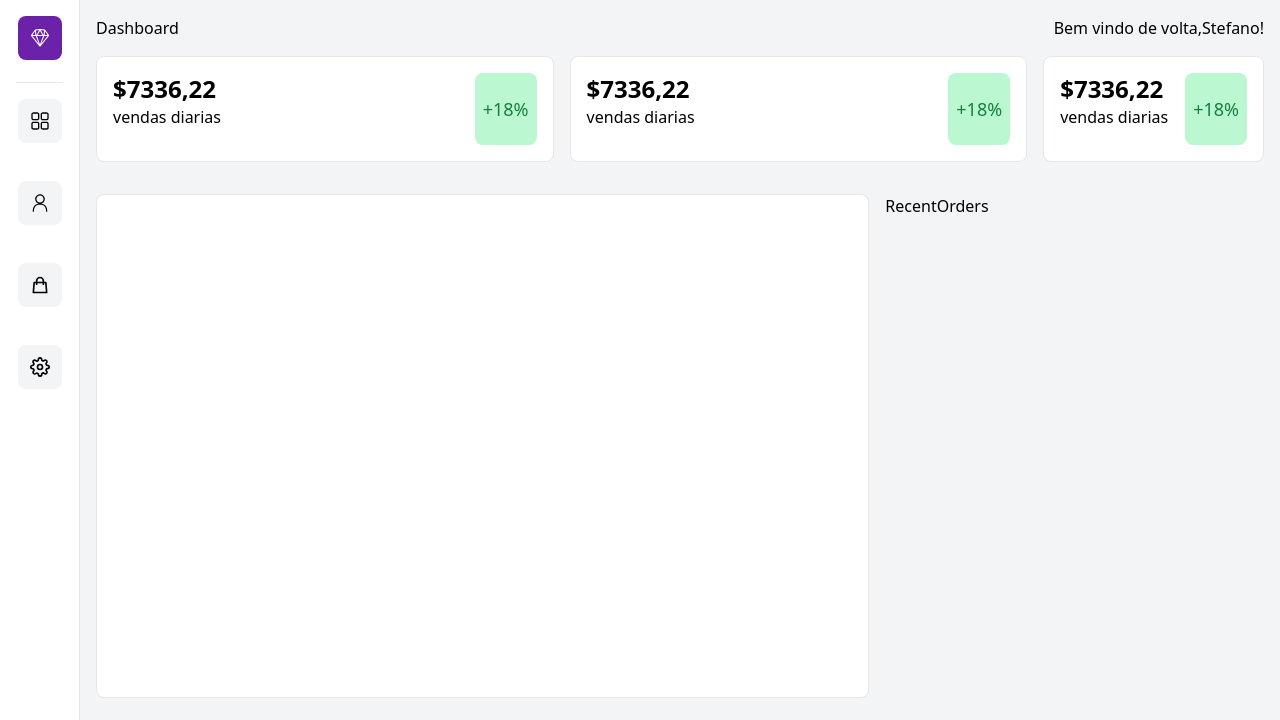
Repository: stefanosousaa/dashboard-next13
Page: /
The author's editor kept a copy of each file at every save. The page is drawn from the files as they stood at one save, then again after the next save.
The browser window is 1280 px wide. The pictures show the whole page.
The project was rebuilt for these pictures with package versions that can differ from the ones it lists, and the page was loaded fresh each time. The framework's server and built-in components were replaced by stand-ins that run in the browser. Also part of the build but not shown: next.config.js.

Above is the page before, as saved 2023-05-13 16:26:37.

After the next save:
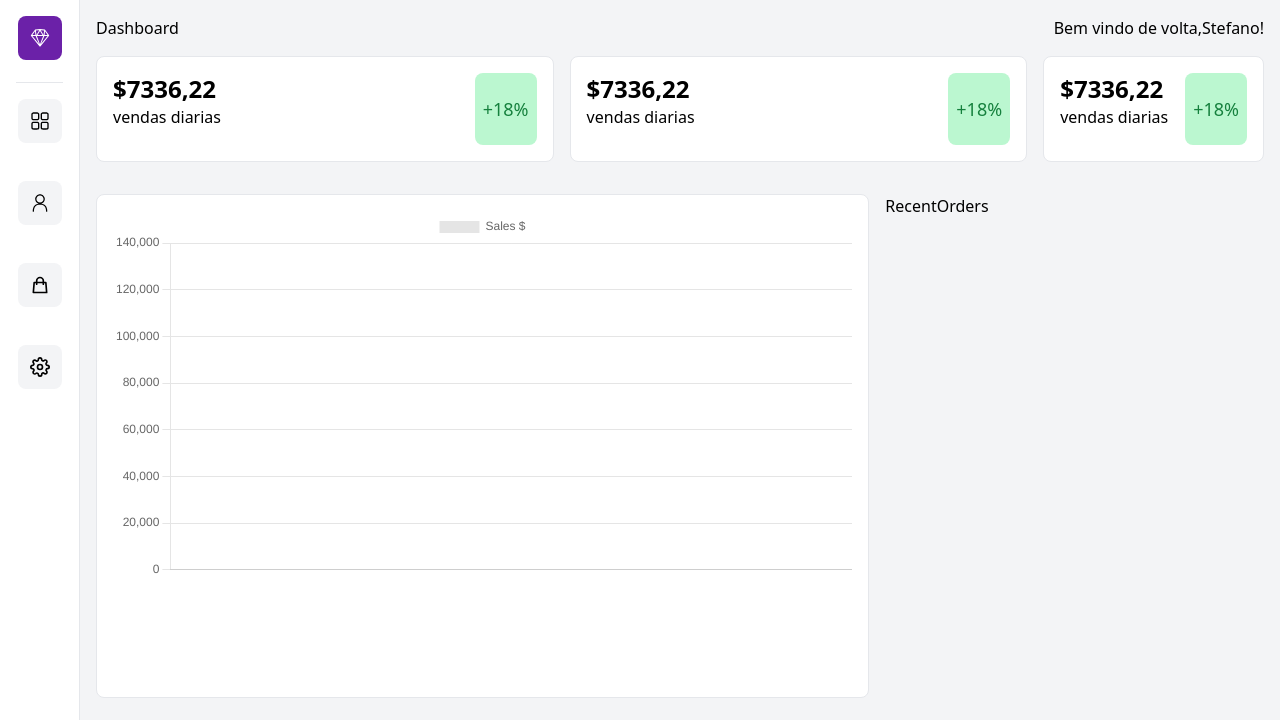
Saved 16 min 21 s later.
--- a/components/BarChart.jsx
+++ b/components/BarChart.jsx
@@ -27,7 +27,23 @@ const BarChart = () => {
     });
 
     const [chartOptions,setchartOptions] = useState({});
+
+    useEffect(() =>{
+     setChartData({
+        labels: [],
+        datasets: [
+            {
+                label : 'Sales $',
+                data: [125478,12345,78945,45678,12345],
+                borderColor: 'rgb(53,162,235)',
+                backGroundColor: 'rgb(53,162,235, 0.4)',
+            }
+        ]
+     })
+    },[])
+
   return (
+
     <>
     <div className='w-full md:col-span-2 relative lg:h-[70vh] h-[50vh] m-auto p-4 border rounded-lg bg-white'>
         <Bar data={chartData} options={chartOptions}/>
